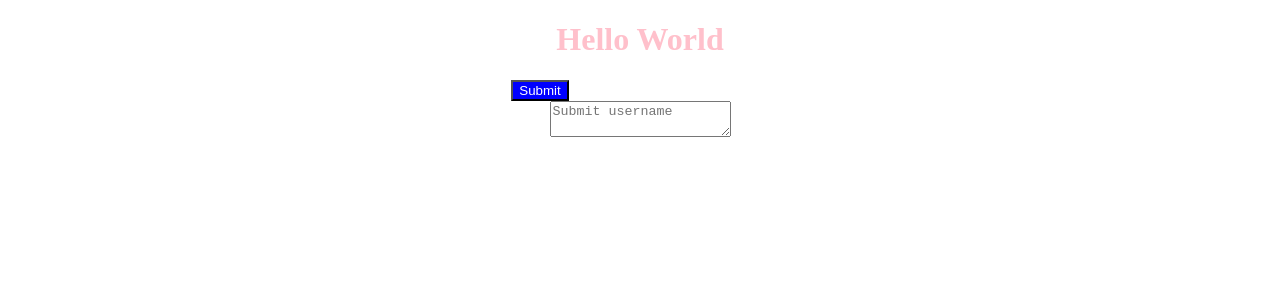
Repository: Flamemaster921/Feature-Showcase
Page: Index/firstPage/Website.html
An editor plug-in stored every save of this project. The page is shown before and after the next save, followed by the edit.
The browser window is 1280 px wide. The pictures show the whole page.

Above is the page before, as saved 2025-12-15 02:12:46.

### Index/firstPage/Website.html
<!DOCTYPE html>
<html lang="en">
<head>
    <meta charset="UTF-8">
    <meta name="viewport" content="width=device-width, initial-scale=1.0">
    <title>New Start</title>
    <link rel="stylesheet" href="Design.css">
    <script src="System.js" defer></script>
</head>
<body>
    <h1 class="titleCard">Hello World</h1>

    <button id="submitButton" class="primary-btn">Submit</button>

    <textarea id="usernameBox" class="text-input" placeholder="Submit username"></textarea>

    <div class="color-bar"></div>

</body>

### Index/firstPage/Design.css
.titleCard {
    display: flex;
    flex-direction: column;
    align-items: center;
    color: pink;
    left: auto;
}

.primary-btn {
  background-color: blue;
  color: white;

    position: relative;
    left: -100px;
    top: auto;
    display: block;
    margin: 0 auto;
}

.text-input{
    position: relative;
    left: auto;
    top: auto;
    display: block;
    margin: 0 auto;
}

.color-bar {
  width: calc();
  height: calc();
  background-color: red;
}

.color-bar2 {
  width: 100px;
  height: calc();
  background-color: red;
}

### Index/firstPage/System.js
//Submit username
const textarea = document.getElementById("usernameBox");
const button = document.getElementById("submitButton");

button.addEventListener("click", () => {
    textarea.value = "";
});

After the next save:
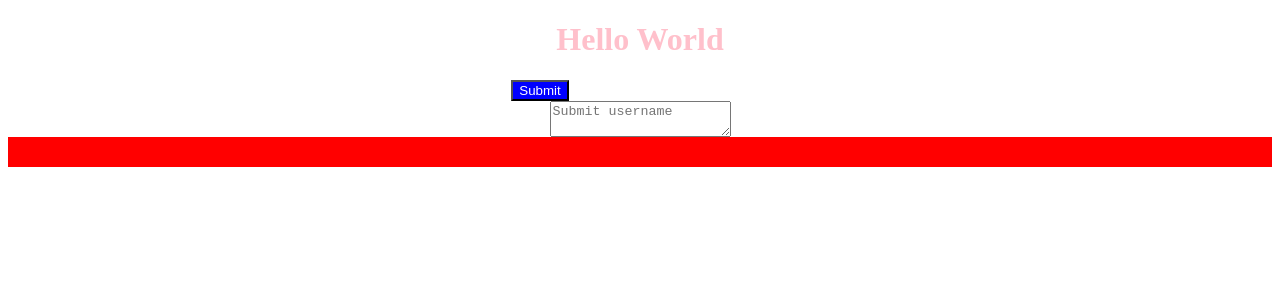
Saved 5 s later.
--- a/Index/firstPage/Design.css
+++ b/Index/firstPage/Design.css
@@ -27,7 +27,7 @@
 
 .color-bar {
   width: calc();
-  height: calc();
+  height: 30px;
   background-color: red;
 }
 

After the 2 saves that followed:
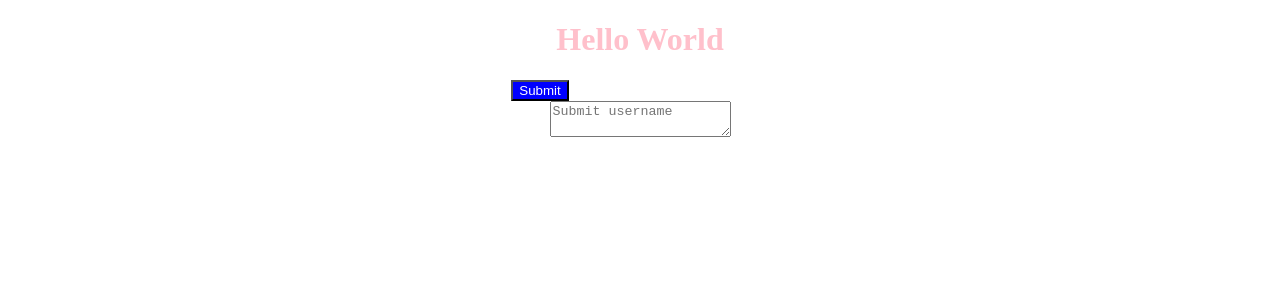
The 2 saves are shown as one change because 1 left the picture as it was.
The last was saved 53 s later.
--- a/Index/firstPage/Design.css
+++ b/Index/firstPage/Design.css
@@ -7,8 +7,8 @@
 }
 
 .primary-btn {
-  background-color: blue;
-  color: white;
+    background-color: blue;
+    color: white;
 
     position: relative;
     left: -100px;
@@ -26,13 +26,8 @@
 }
 
 .color-bar {
-  width: calc();
-  height: 30px;
-  background-color: red;
+    display: flex;
+    width: calc();
+    height: calc();
+    background-color: red;
 }
-
-.color-bar2 {
-  width: 100px;
-  height: calc();
-  background-color: red;
-}
